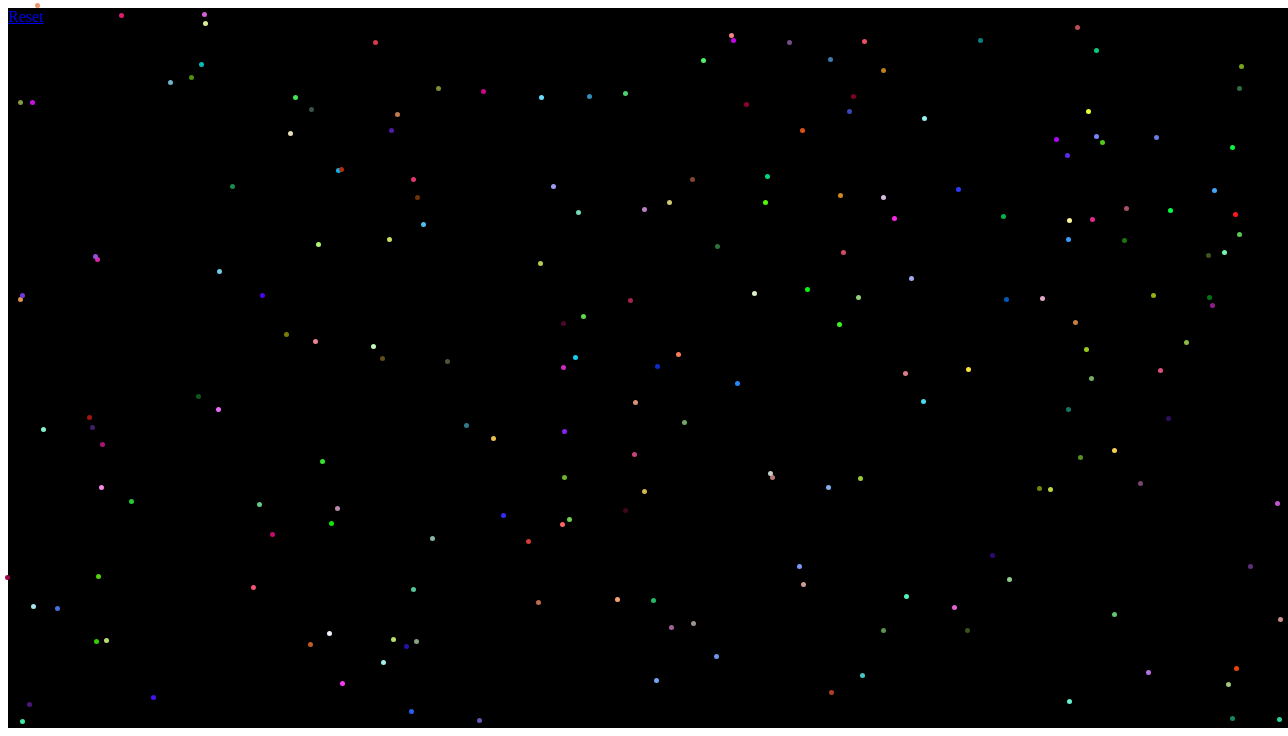
Repository: kamiour/Mouseeffect3
Page: index.html
The author's editor kept a copy of each file at every save. The page is drawn from the files as they stood at one save, then again after the next save.
The browser window is 1280 px wide. The page is 1288 px wide, so the pictures cover 1288 px, including what lies to the right of the window. The pictures show the whole page.

Above is the page before, as saved 2019-11-03 15:55:49.

After the next save:
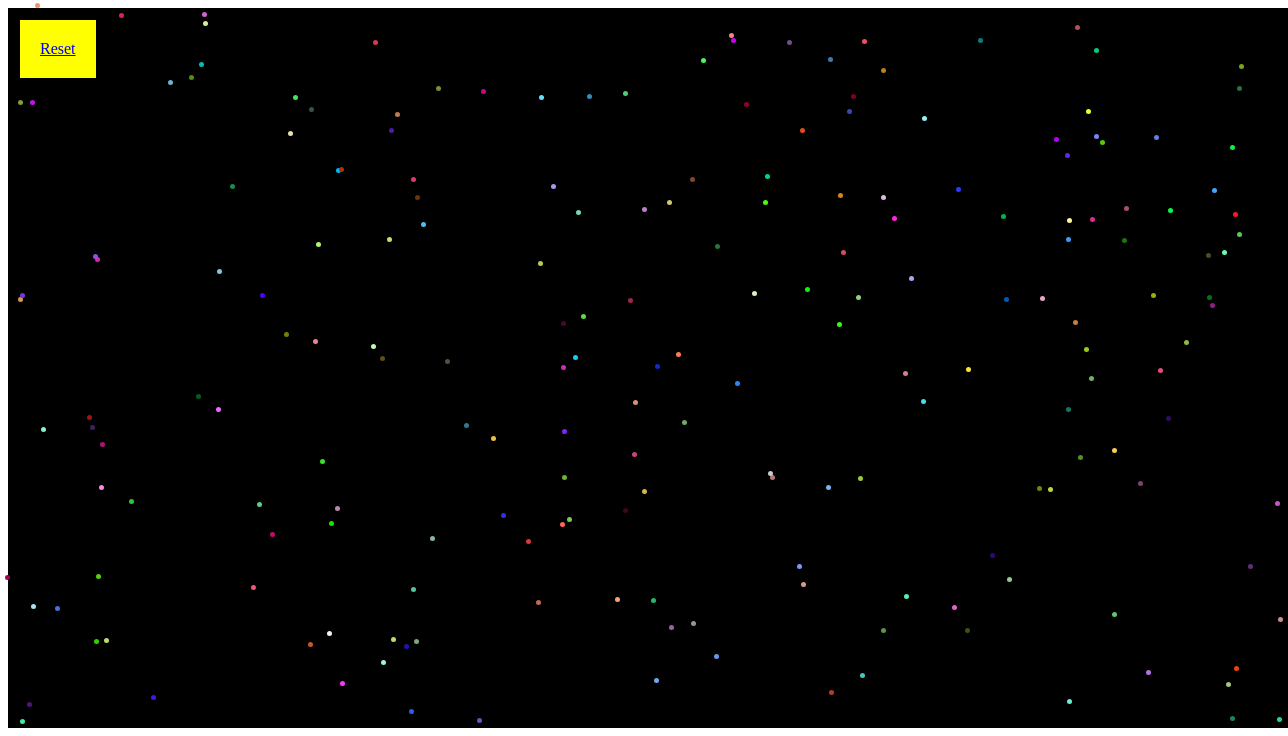
Saved 38 s later.
--- a/styles.css
+++ b/styles.css
@@ -9,4 +9,12 @@
   height: 5px;
   width: 5px;
   border-radius: 50%;
-s}
+}
+
+.btn {
+  position: absolute;
+  top: 20px;
+  left: 20px;
+  padding: 20px;
+  background-color: yellow;
+}
